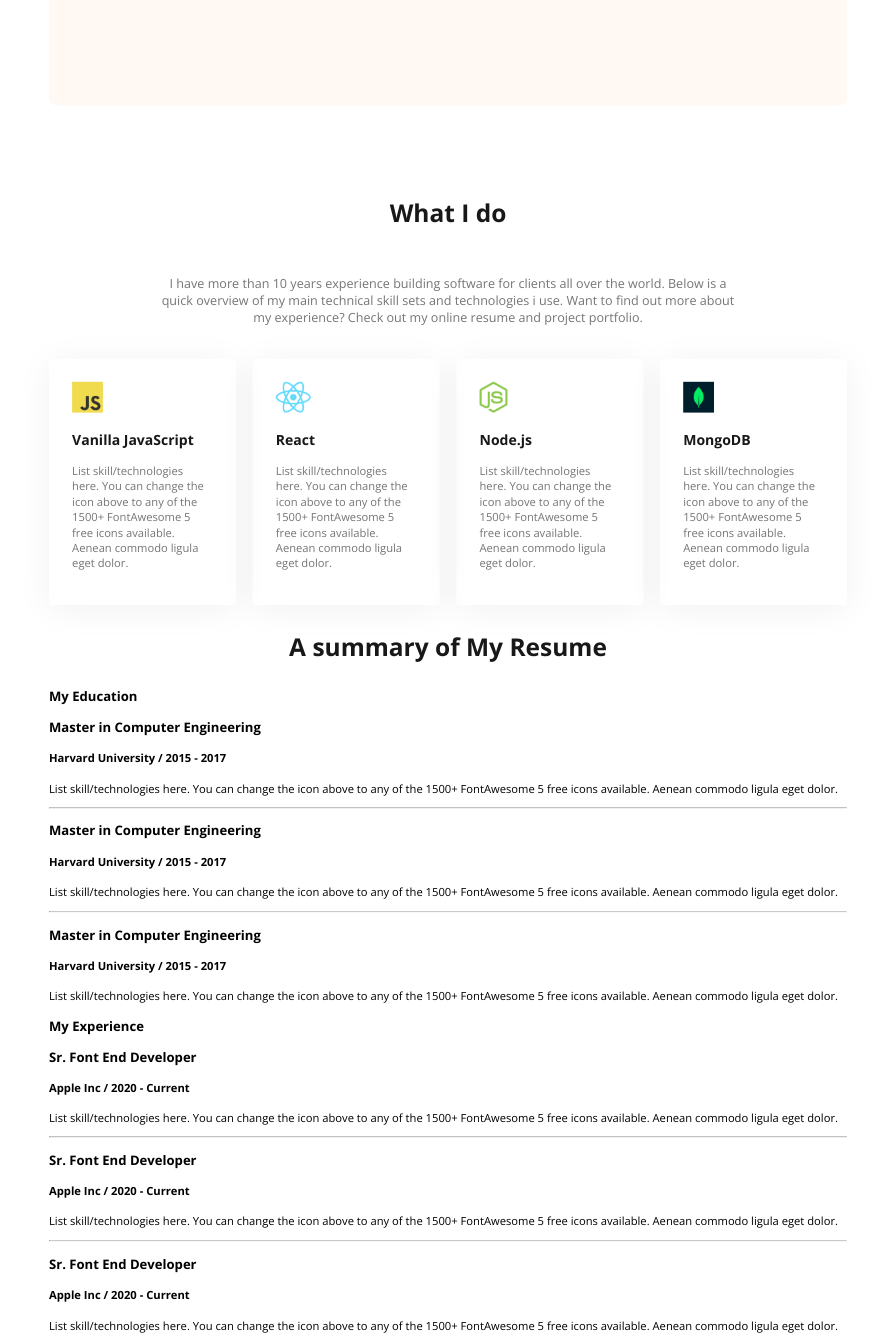
Repository: ShouravAhammed/Simple-Portfolio-Webpage
Page: index.html
These files come from the project's save history. The page is drawn as it stood at one moment and after the next save; the edit follows.
The browser window is 1280 px wide. The pictures show the part of the page from y = 1349 to 3269 px (the page is 3269 px tall before and 2957 px after), at 70% of full size.

Above is the page before, as saved 2024-01-06 03:04:42.

After the next save:
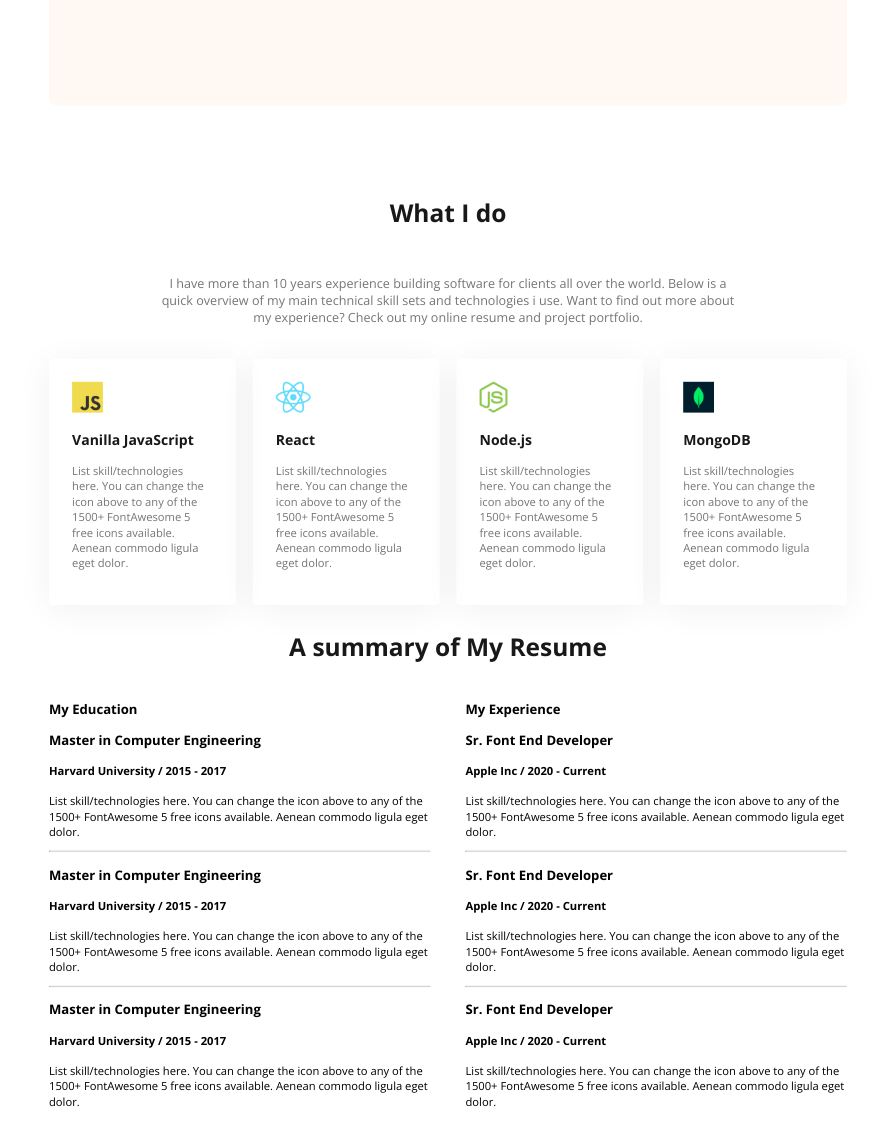
Saved 33 s later.
--- a/index.css
+++ b/index.css
@@ -154,7 +154,8 @@ main{
 }
 /* Resume sectionpart start */
 .resume-container{
-
+    display: flex;
+    gap: 50px;
 }
 .resume-colum{
 
